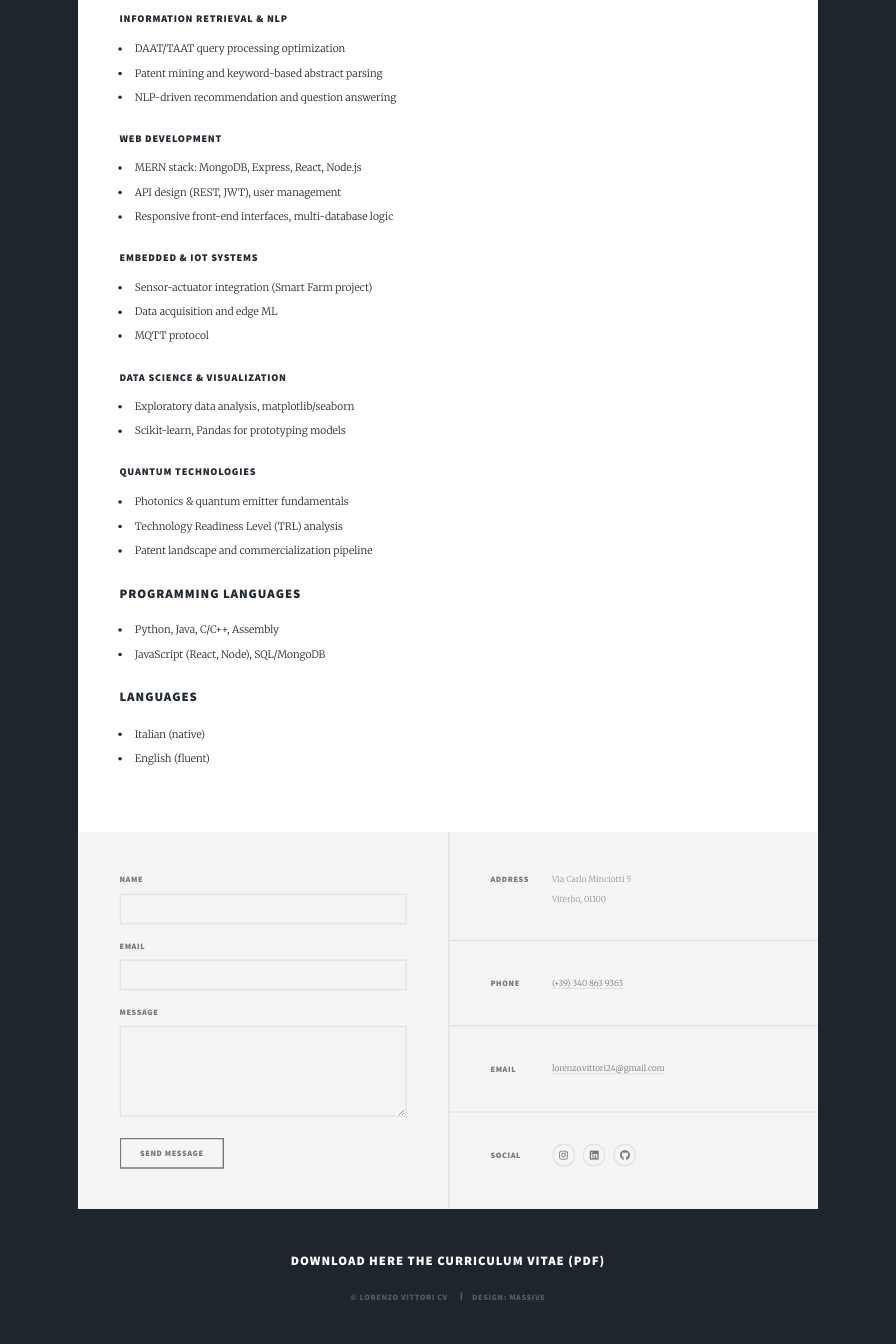
Repository: Vittori00/vittori00.github.io
Page: generic.html
These files come from the project's save history. The page is drawn as it stood at one moment and after the next save; the edit follows.
The browser window is 1280 px wide. The pictures show the part of the page from y = 1311 to 3231 px (the page is 3231 px tall before and 3196 px after), at 70% of full size.

Above is the page before, as saved 2025-07-10 12:39:20.

After the next save:
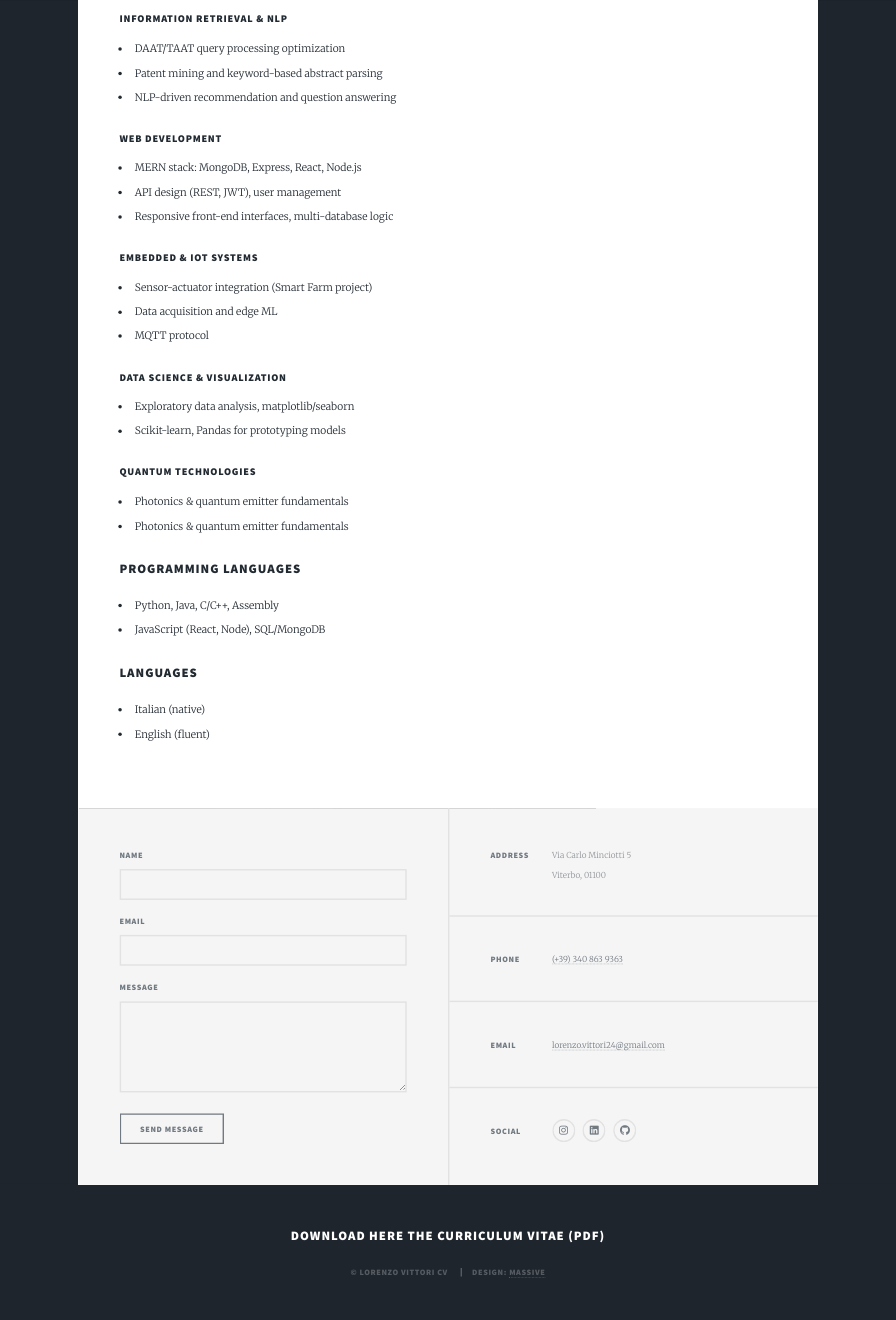
Saved 11 s later.
--- a/generic.html
+++ b/generic.html
@@ -119,8 +119,7 @@
 				<h4>Quantum Technologies</h4>
 				<ul>
 					<li>Photonics & quantum emitter fundamentals</li>
-					<li>Technology Readiness Level (TRL) analysis</li>
-					<li>Patent landscape and commercialization pipeline</li>
+<li>Photonics & quantum emitter fundamentals</li>
 				</ul>
 
 				<h3>Programming Languages</h3>
